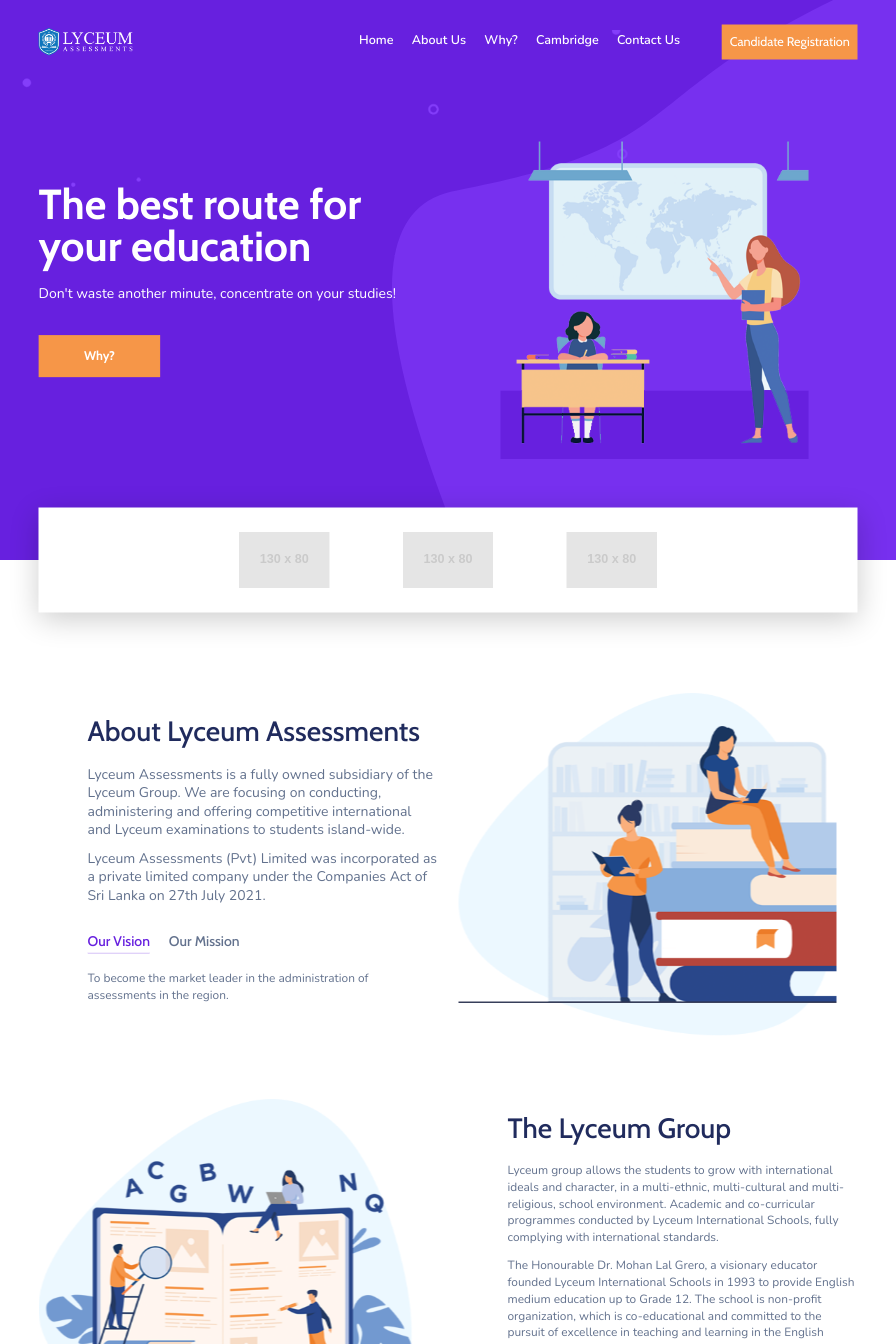
Repository: AXUSLK/LyceumAssessments-HTML
Page: index.html
The author's editor kept a copy of each file at every save. The page is drawn from the files as they stood at one save, then again after a run of saves.
The browser window is 1280 px wide. The pictures show the part of the page from y = 0 to 1920 px (the page is 4587 px tall), at 70% of full size.
Backgrounds fixed to the window are drawn as part of the page. Some web libraries are served in a nearby version.

Above is the page before, as saved 2022-01-31 14:00:49.

After the next 3 saves:
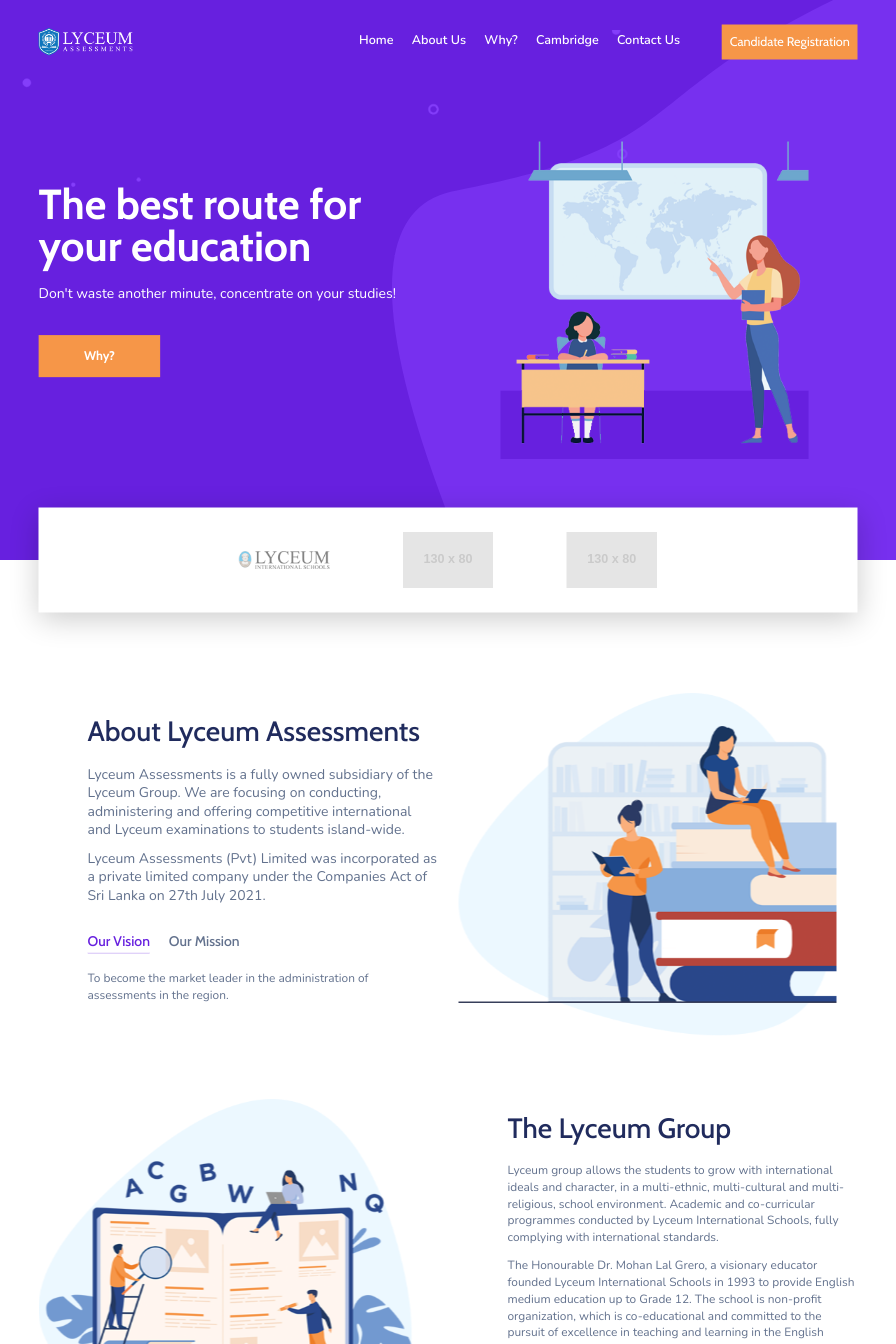
The 3 saves are shown as one change because they came seconds apart.
The last was saved 10 s later.
--- a/index.html
+++ b/index.html
@@ -156,7 +156,7 @@
 							<div>
 								<!-- logoWrap -->
 								<div class="logoWrap">
-									<img src="http://placehold.it/130x80" class="img-fluid" alt="stylus">
+									<img src="images/lyceum_school.png" class="img-fluid" alt="stylus">
 								</div>
 							</div>
 							<!-- slide -->
